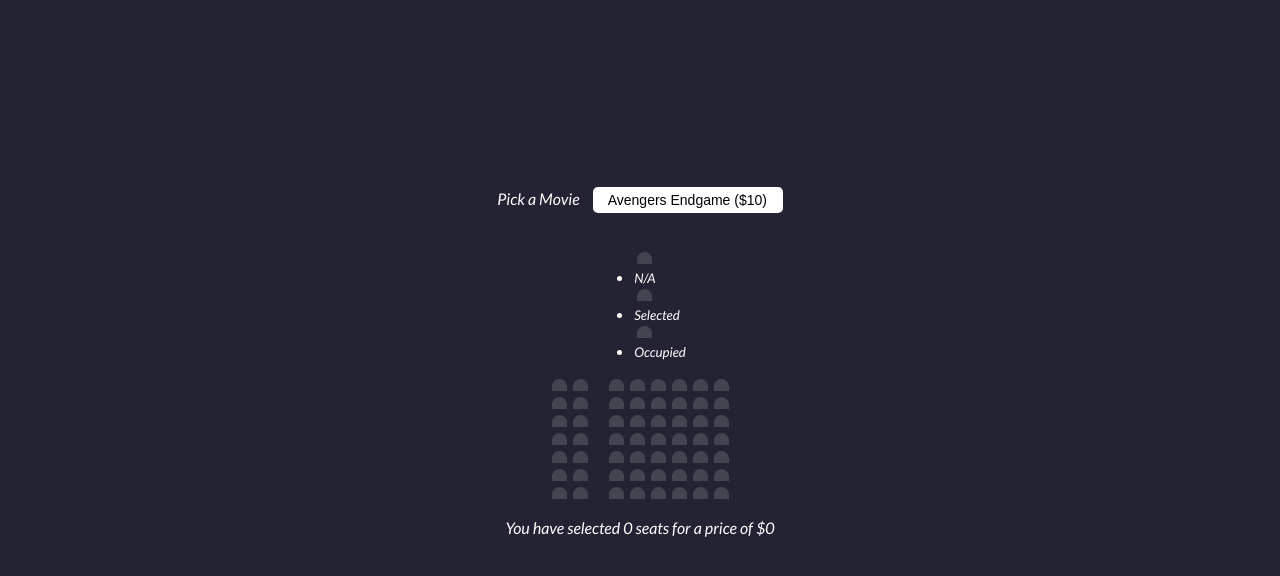
Repository: Izaya171/programming
Page: movieTickets/index.html
The author's editor kept a copy of each file at every save. The page is drawn from the files as they stood at one save, then again after the next save.
The browser window is 1280 px wide. The pictures show the whole page.

Above is the page before, as saved 2021-09-18 15:18:07.

After the next save:
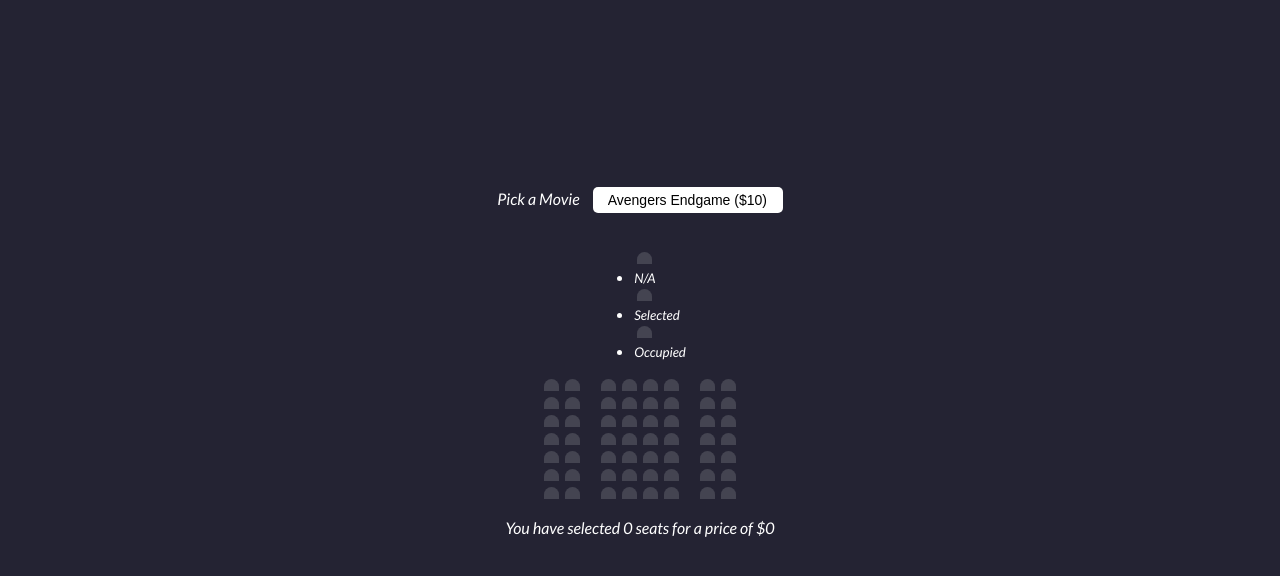
Saved 82 s later.
--- a/movieTickets/styles.css
+++ b/movieTickets/styles.css
@@ -52,6 +52,15 @@
     margin-right: 18px;
 }
 
+.seat:nth-last-of-type(2) {
+    margin-left: 18px;
+}
+
+.seat:not(.occupied):hover {
+    cursor: pointer;
+    transform: scale(1.2);
+}
+
 .row {
     display: flex;
 }
